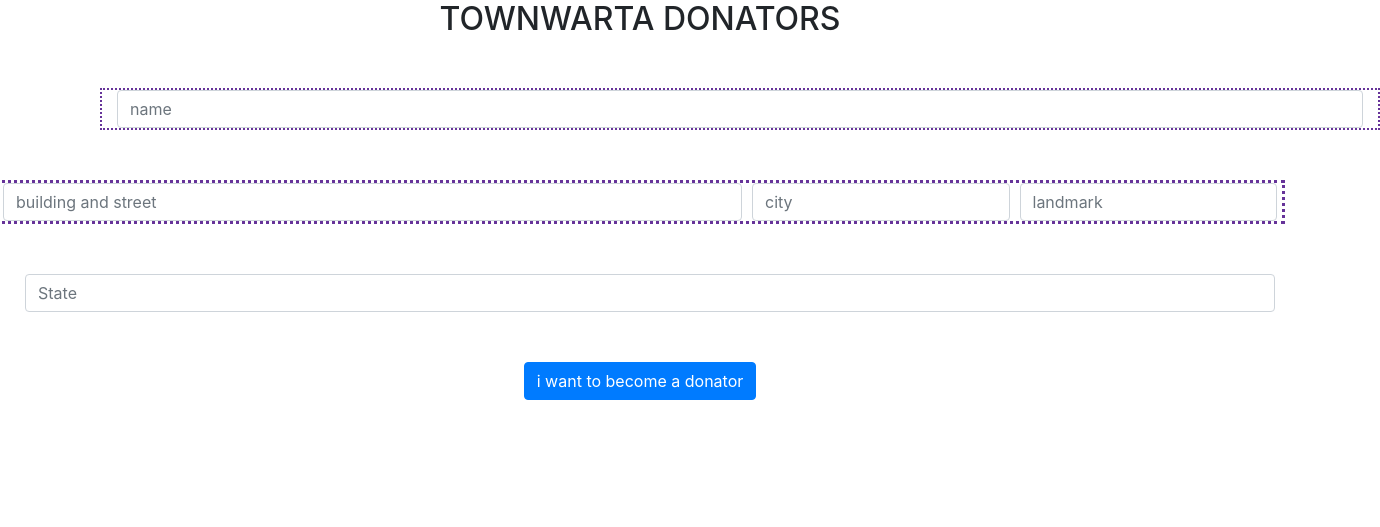
Repository: shivanand1988-28-06/townwarta
Page: http://localhost/donator/donator
An editor plug-in stored every save of this project. The page is shown before and after the next save, followed by the edit.
The browser window is 1280 px wide. The page is 1380 px wide, so the pictures cover 1380 px, including what lies to the right of the window. The pictures show the whole page.
The page is served by the project's Node server (Townwarta.js).

Above is the page before, as saved 2022-08-30 22:33:11.

After the next save:
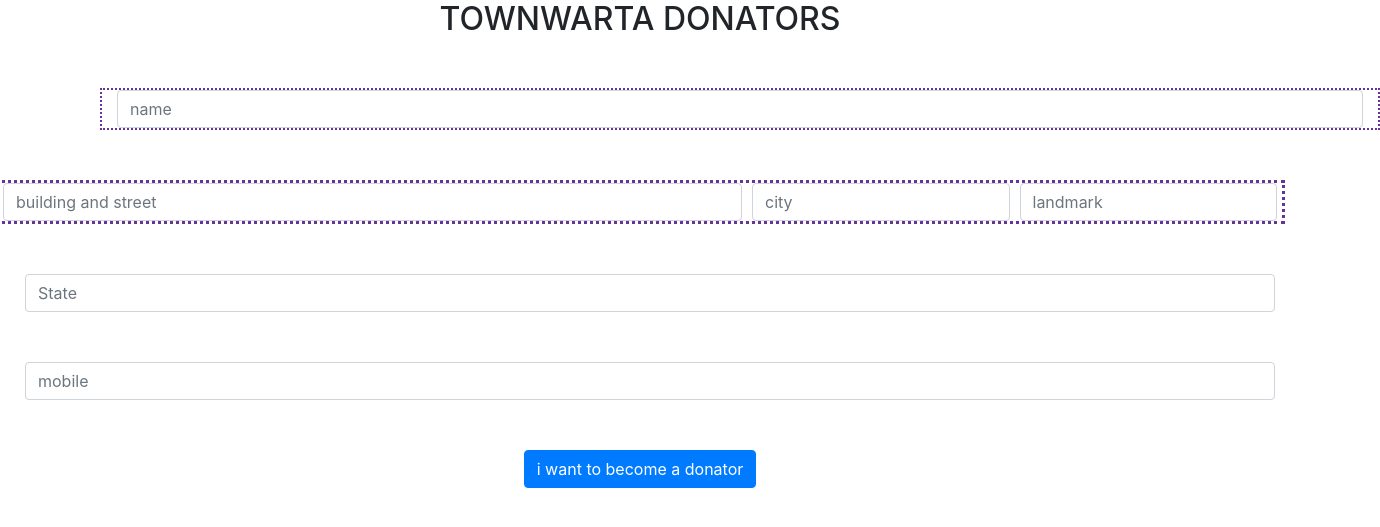
Saved 58 s later.
--- a/views/articles/donator.ejs
+++ b/views/articles/donator.ejs
@@ -30,7 +30,9 @@
         <div class="col" style = "margin : 50px 10px">
             <input type="text" name = "state" class="form-control" placeholder="State">
           </div>
-
+          <div class="col" style = "margin : 50px 10px">
+            <input type="text" name = "state" class="form-control" placeholder="mobile">
+          </div>
         <div style = "text-align: center; margin-top: 20px;">
             <button type="submit" class="btn btn-primary">i want to become a donator</button>
         </div>
